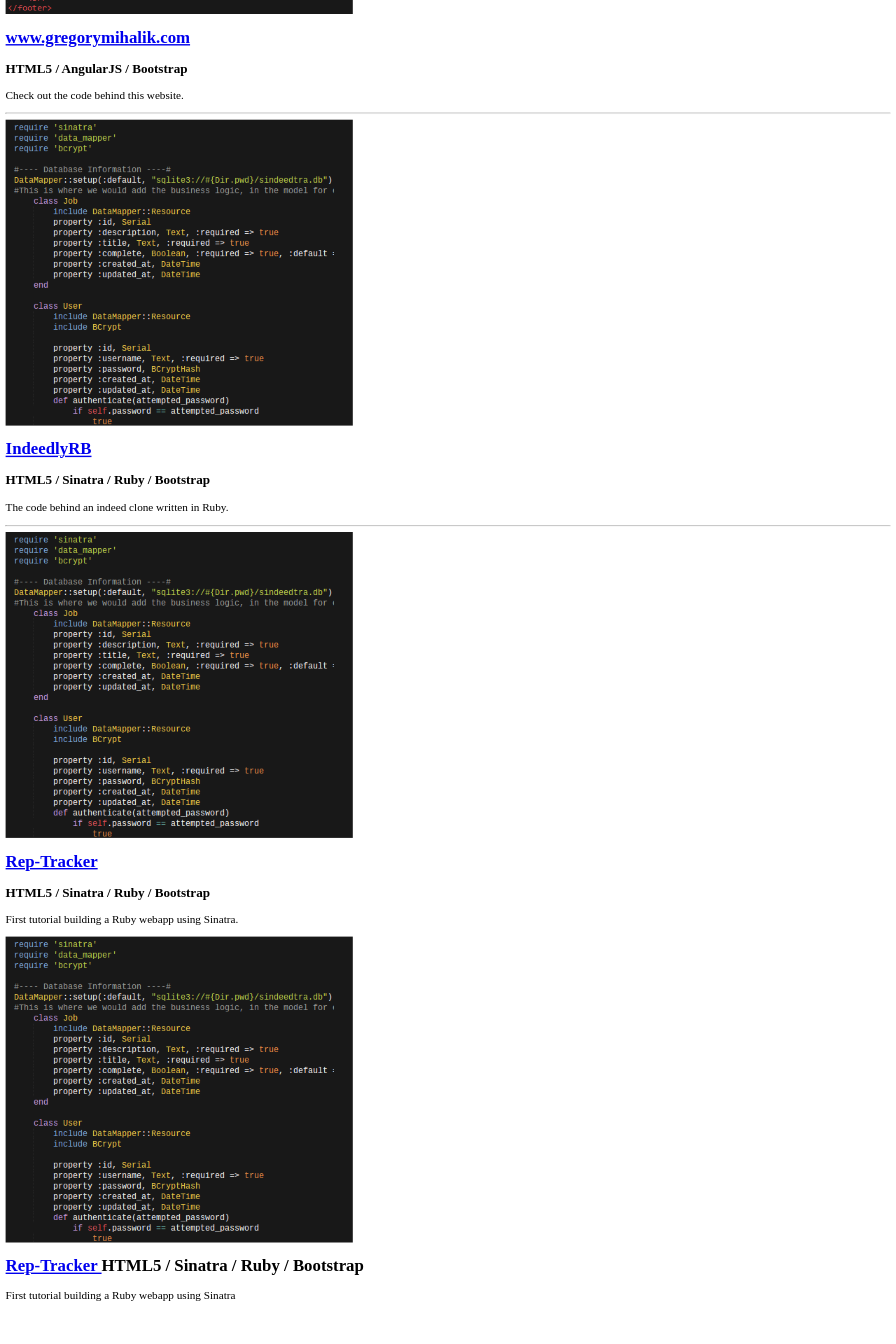
Repository: gmihalik/resume-website
Page: views/portfolio.html
The author's editor kept a record of every edit. The page is drawn from the files as they stood at one moment, then again after the next edit.
The browser window is 1280 px wide. The pictures show the part of the page from y = 740 to 2660 px (the page is 2660 px tall before and 2122 px after), at 70% of full size.

Above is the page before.

### views/portfolio.html
   <div class="navbar-wrapper">
      <div class="container">

    <div class="container marketing">
    <div class="jumbotron" style="background:rgba(231,76,60, 0.9); padding-top:5px;
    padding-bottom:5px;">
      <div class="row featurette" style="opacity:1.0;">
        <div class="col-md-2"></div>
        <div class="col-md-2">
          <img class="img-circle" src="http://tyrannyoftradition.files.wordpress.com/2014/02/93434191-einstein-tongue_custom-36fb0ce35776dc2d92eda90880022bf48a67e192-s6-c30.jpg" alt="Generic placeholder image" style="width: 125px; height: 125px;">
        </div>
        <div class="col-md-8">
          <blockquote style="margin:20px;"><p>"Imagination is more important than knowledge."</p>
          <p><b><small style="color:white;">Albert Einstein</small></b></p></blockquote>
        </div>
      </div>
    </div>
    </div>

      <!-- START THE FEATURETTES -->
      <h1>Web Development</h1>
      <hr class="featurette-divider">

      <div class="row featurette">
        <div class="col-md-4">
          <a href="https://github.com/gmihalik/resume-website" target="_blank"><img class="featurette-image img-responsive" src="media/codingView.png" alt="Coding View!"></a>
          <h2 class="featurette-heading"><a href="www.gregorymihalik.com" target="_blank">www.gregorymihalik.com</a></h2> <h3><span class="text-muted">HTML5 / AngularJS / Bootstrap</span></h3>
          <p class="lead">Check out the code behind this website.</p>
        </div>
        <hr>
        <div class="col-md-4">
          <a href="https://github.com/gmihalik/indeedlyrb" target="_blank"><img class="featurette-image img-responsive" src="media/rbcodingView.png" alt="Coding View!"></a>
          <h2 class="featurette-heading"><a href="https://github.com/gmihalik/indeedlyrb">IndeedlyRB</a></h2> <h3><span class="text-muted">HTML5 / Sinatra / Ruby / Bootstrap</span></h3>
          <p class="lead">The code behind an indeed clone written in Ruby.</p>
        </div>
        <hr>
        <div class="col-md-4">
          <a href="https://github.com/gmihalik/rep-tracker" target="_blank"><img class="featurette-image img-responsive" src="media/rbcodingView.png" alt="Coding View!"></a>
          <h2 class="featurette-heading"><a href="https://github.com/gmihalik/rep-tracker">Rep-Tracker</a></h2> <h3><span class="text-muted">HTML5 / Sinatra / Ruby / Bootstrap</span></h3>
          <p class="lead">First tutorial building a Ruby webapp using Sinatra.</p>
        </div>
        <div class="col-md-4">
          <img class="featurette-image img-responsive" src="media/rbcodingView.png" alt="Generic placeholder image">
          <h2 class="featurette-heading"><a href="https://github.com/gmihalik/indeedlyrb">Rep-Tracker </a><span class="text-muted">HTML5 / Sinatra / Ruby / Bootstrap</span></h2>
          <p class="lead">First tutorial building a Ruby webapp using Sinatra</p>
        </div>
      </div>

      <!-- /END THE FEATURETTES -->

    </div><!-- /.container -->
<br>
<br>

After the next edit:
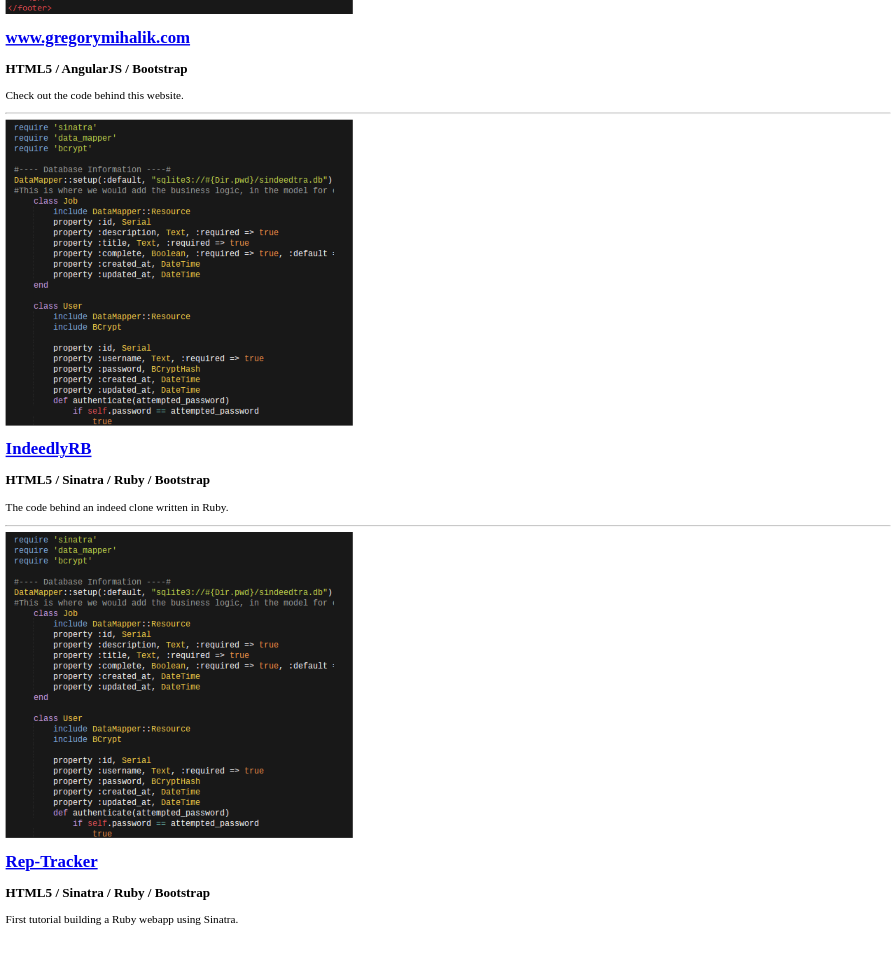
The edit:
--- a/views/portfolio.html
+++ b/views/portfolio.html
@@ -39,13 +39,7 @@
           <h2 class="featurette-heading"><a href="https://github.com/gmihalik/rep-tracker">Rep-Tracker</a></h2> <h3><span class="text-muted">HTML5 / Sinatra / Ruby / Bootstrap</span></h3>
           <p class="lead">First tutorial building a Ruby webapp using Sinatra.</p>
         </div>
-        <div class="col-md-4">
-          <img class="featurette-image img-responsive" src="media/rbcodingView.png" alt="Generic placeholder image">
-          <h2 class="featurette-heading"><a href="https://github.com/gmihalik/indeedlyrb">Rep-Tracker </a><span class="text-muted">HTML5 / Sinatra / Ruby / Bootstrap</span></h2>
-          <p class="lead">First tutorial building a Ruby webapp using Sinatra</p>
-        </div>
       </div>
-
       <!-- /END THE FEATURETTES -->
 
     </div><!-- /.container -->
